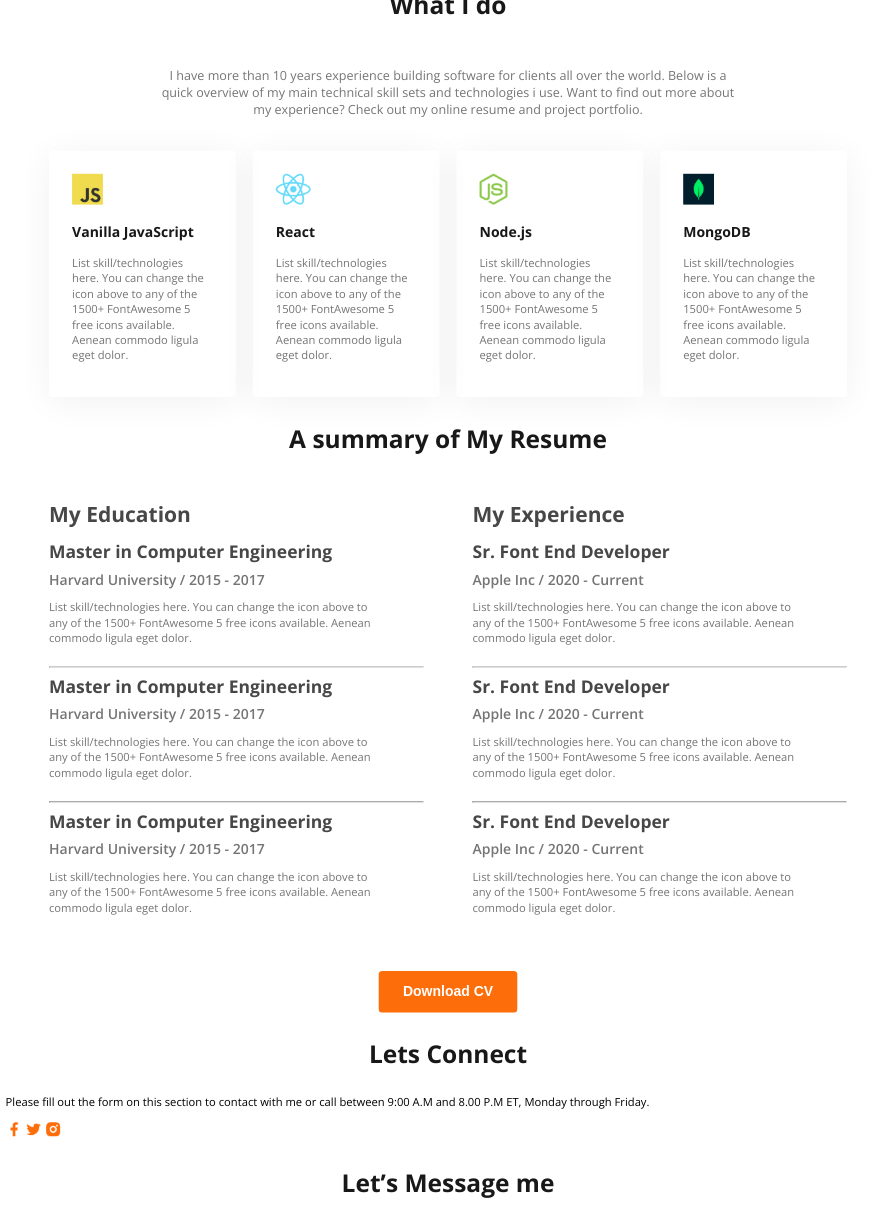
Repository: ShouravAhammed/Simple-Portfolio-Webpage
Page: index.html
These files come from the project's save history. The page is drawn as it stood at one moment and after the next save; the edit follows.
The browser window is 1280 px wide. The pictures show the part of the page from y = 1646 to 3566 px (the page is 3393 px tall before and 3566 px after), at 70% of full size.

Above is the page before, as saved 2024-01-06 03:42:16.

After the next save:
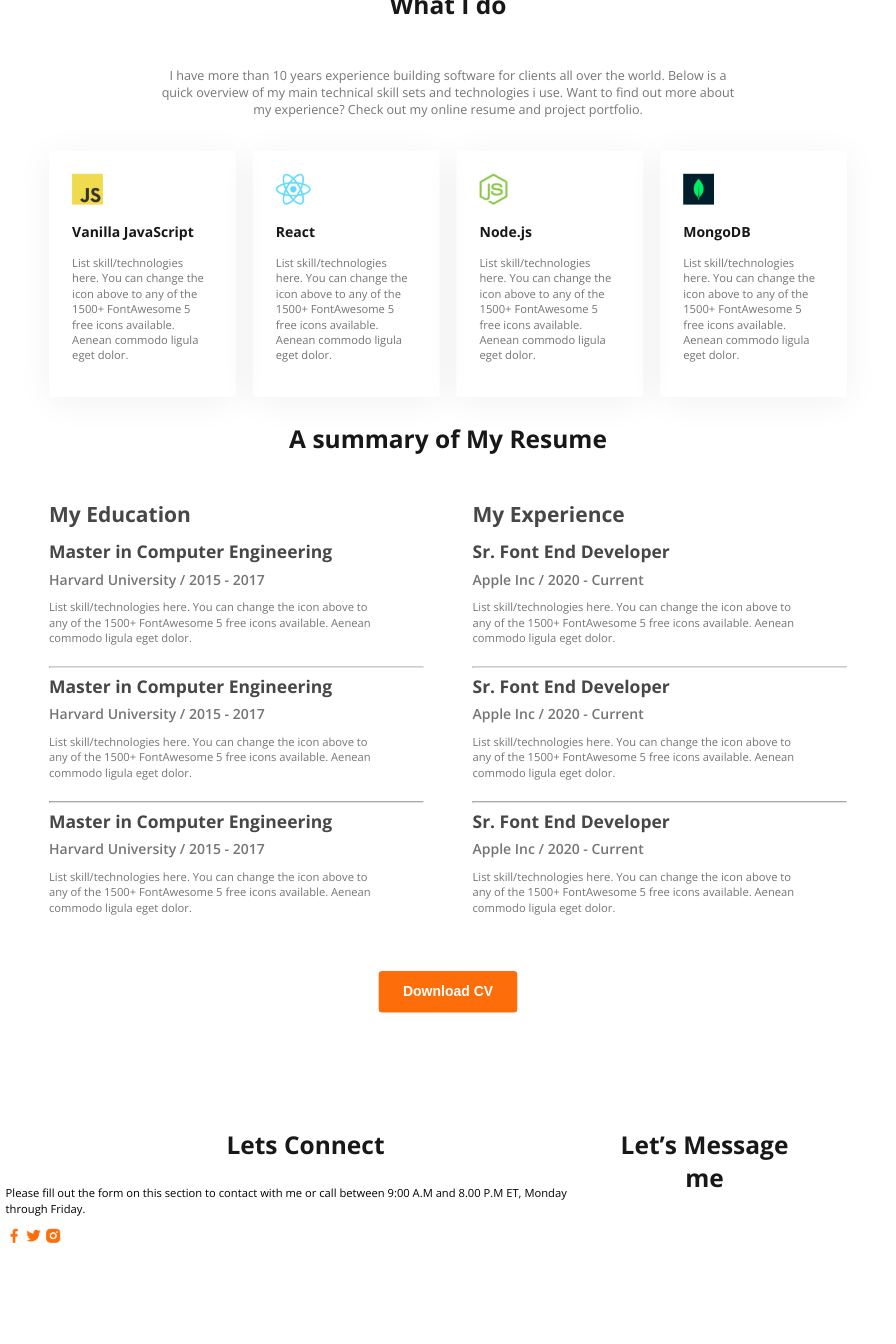
Saved 2 min 46 s later.
--- a/index.css
+++ b/index.css
@@ -193,3 +193,9 @@ main{
     text-align: center;
     margin-top: 50px;
 }
+/* footer part style */
+footer{
+    display: flex;
+    padding: 130px 0;
+    max-width: 1140px;
+}
